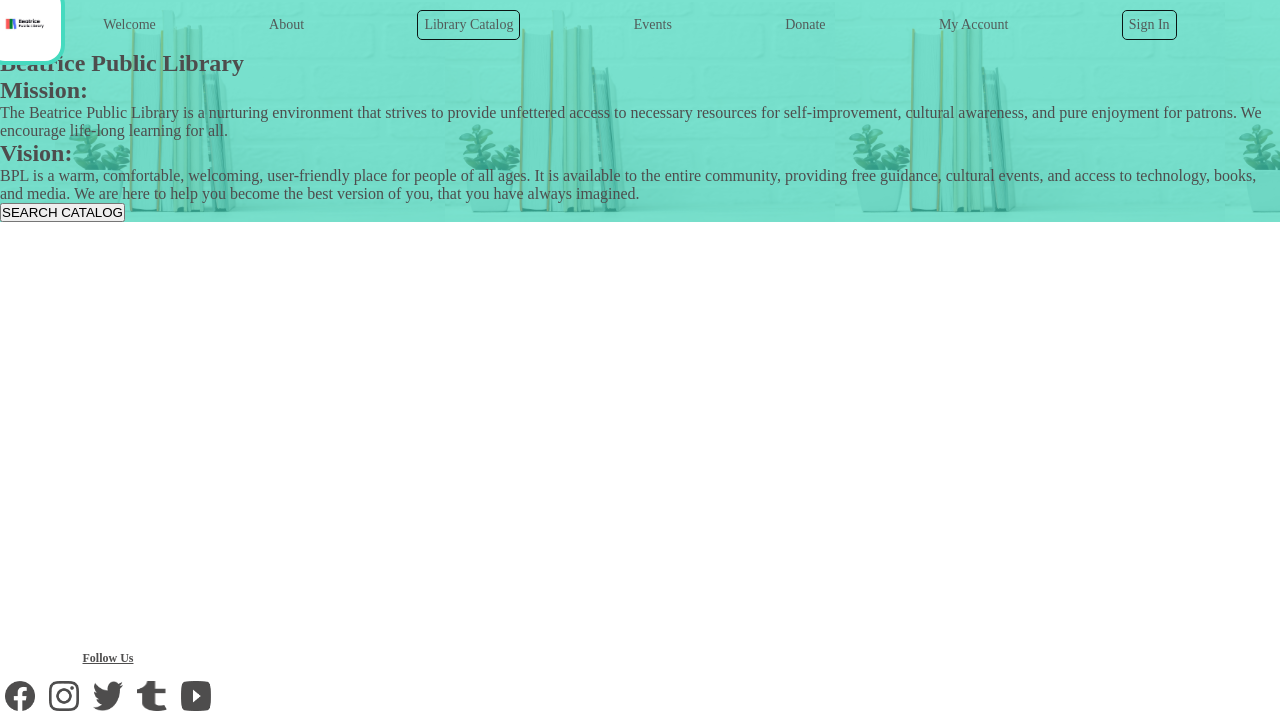
Repository: cokoduwa/RA-Wk5-Library
Page: about.html
An editor plug-in stored every save of this project. The page is shown before and after the next save, followed by the edit.
The browser window is 1280 px wide. The pictures show the whole page.

Above is the page before, as saved 2023-01-26 20:01:30.

After the next save:
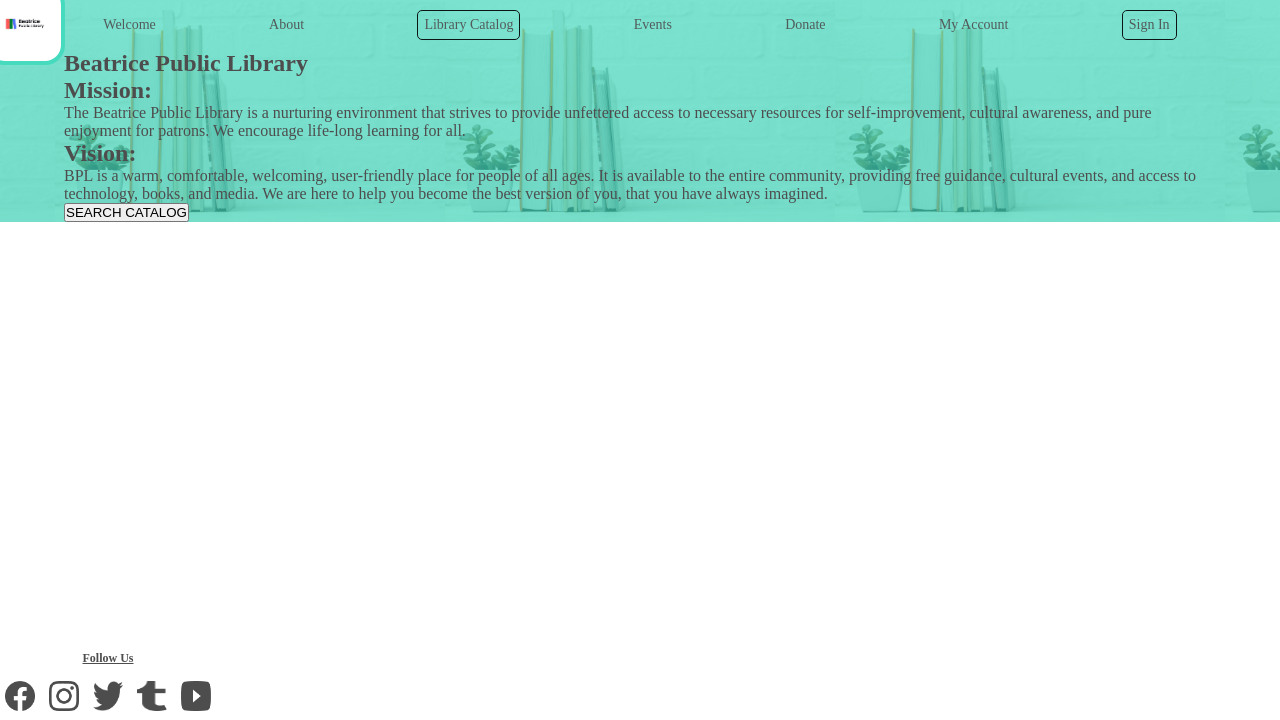
Saved 2 min 1 s later.
--- a/about.html
+++ b/about.html
@@ -24,25 +24,29 @@
 
             <main>
 
+                <div class="sections">
 
-                <section id="about card">
-                <img id="logo" src="images/BPLcanvaLogo.jpeg" alt="BPL Logo">
+                    <section id="about card">
+                        <img id="logo" src="images/BPLcanvaLogo.jpeg" alt="BPL Logo">
 
-                    <h1>Beatrice Public Library</h1>
+                            <h1>Beatrice Public Library</h1>
 
-                    <h2>Mission:</h2>
-                    <p>The Beatrice Public Library is a nurturing environment that strives to provide unfettered
-                        access to necessary resources for self-improvement, cultural awareness, and pure enjoyment
-                        for patrons. We encourage life-long learning for all.</p>
+                            <h2>Mission:</h2>
+                            <p>The Beatrice Public Library is a nurturing environment that strives to provide unfettered
+                                access to necessary resources for self-improvement, cultural awareness, and pure enjoyment
+                                for patrons. We encourage life-long learning for all.</p>
 
-                    <h2>Vision:</h2>
-                    <p>BPL is a warm, comfortable, welcoming, user-friendly place for people of all ages. It is
-                        available to the entire community, providing free guidance, cultural events, and access to
-                        technology, books, and media. We are here  to help you become the best version of you, that
-                        you have always imagined.</p>
+                            <h2>Vision:</h2>
+                            <p>BPL is a warm, comfortable, welcoming, user-friendly place for people of all ages. It is
+                                available to the entire community, providing free guidance, cultural events, and access to
+                                technology, books, and media. We are here  to help you become the best version of you, that
+                                you have always imagined.</p>
 
-                    <button>SEARCH CATALOG</button>
-                </section>
+                            <button>SEARCH CATALOG</button>
+                        </section>
+
+                </div>
+
 
             </main>
 
